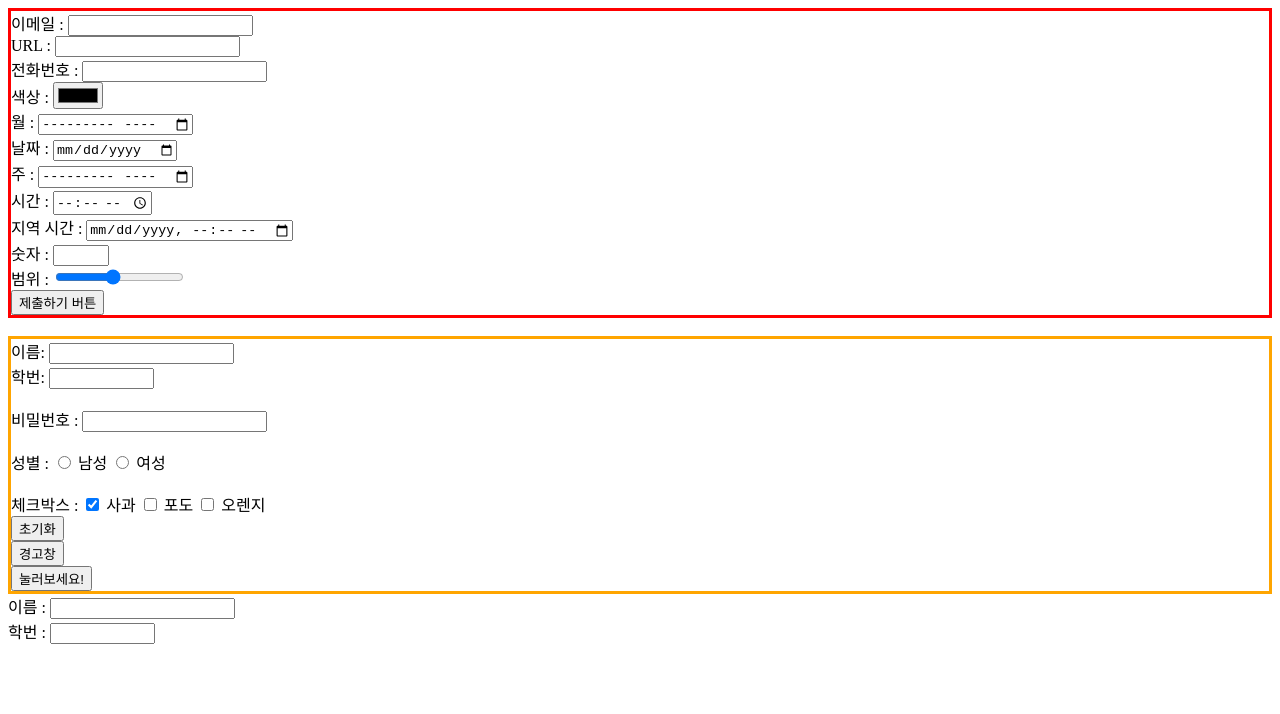
Repository: dhbaek2004/JSPex
Page: http://localhost/UX/InputForm.jsp
The author's editor kept a copy of each file at every save. The page is drawn from the files as they stood at one save, then again after the next save.
The browser window is 1280 px wide. The pictures show the whole page.
The page is served by Tomcat 9.

Above is the page before, as saved 2020-08-27 08:41:39.

### Infrearn/UX/UX/WebContent/InputForm.jsp
<%@ page language="java" contentType="text/html; charset=EUC-KR"
    pageEncoding="EUC-KR"%>
<!DOCTYPE html>
<html>
<head>
<meta charset="EUC-KR">
<title>Insert title here</title>
</head>
<body>
	<form action="input.jsp" method="post">
		<div style="border:3px solid red;">
			이메일 : <input type="email" name="email"> <br>
			URL : <input type="url" name="url"> <br>
			전화번호 : <input type="tel" name="tel"> <br>
			색상 : <input type="color" name="color"> <br>
			월 : <input type="month" name="month"> <br>
			날짜 : <input type="date" name="date"> <br>
			주 : <input type="month" name="week"> <br>
			시간 : <input type="time" name="time"> <br>
			지역 시간 : <input type="datetime-local" name="localdatetime"> <br>
			숫자 : <input type="number" name="number" min="1" max="10" step="2"> <br>
			범위 : <input type="range" name="range" min="1" max="10" step="2"> <br>

			<input type="submit" value="제출하기 버튼" name="button1">
		</div>

		<br>

		<div style="border:3px solid orange;">
			이름: <input type="text" name="name"> <br>
			학번: <input type="text" name="number" size="10"> <br>
			<br>
			비밀번호 : <input type="password" name="password"> <br>
			<br>
			성별 :
			<input type="radio" name="gender" value="male"> 남성
			<input type="radio" name="gender" value="female"> 여성 <br>
			<br>
			체크박스 :
			<input type="checkbox" name="fruits" value="apple" checked> 사과
			<input type="checkbox" name="fruits" value="grape" > 포도
			<input type="checkbox" name="fruits" value="orange" > 오렌지
			<br>
			<input type="reset" value="초기화">
			<br>
			<input type="button" value="경고창" onclick="alert('경고창을 클릭하였습니다.')">
			<br>
			<button type="button" onclick="alert('안녕하세요?')">눌러보세요!</button>
		</div>
	</form>

	<form>
		이름 : <input type="text" name="name"> <br>
		학번 : <input type="text" name="number" size="10">


	</form>


</body>
</html>

After the next save:
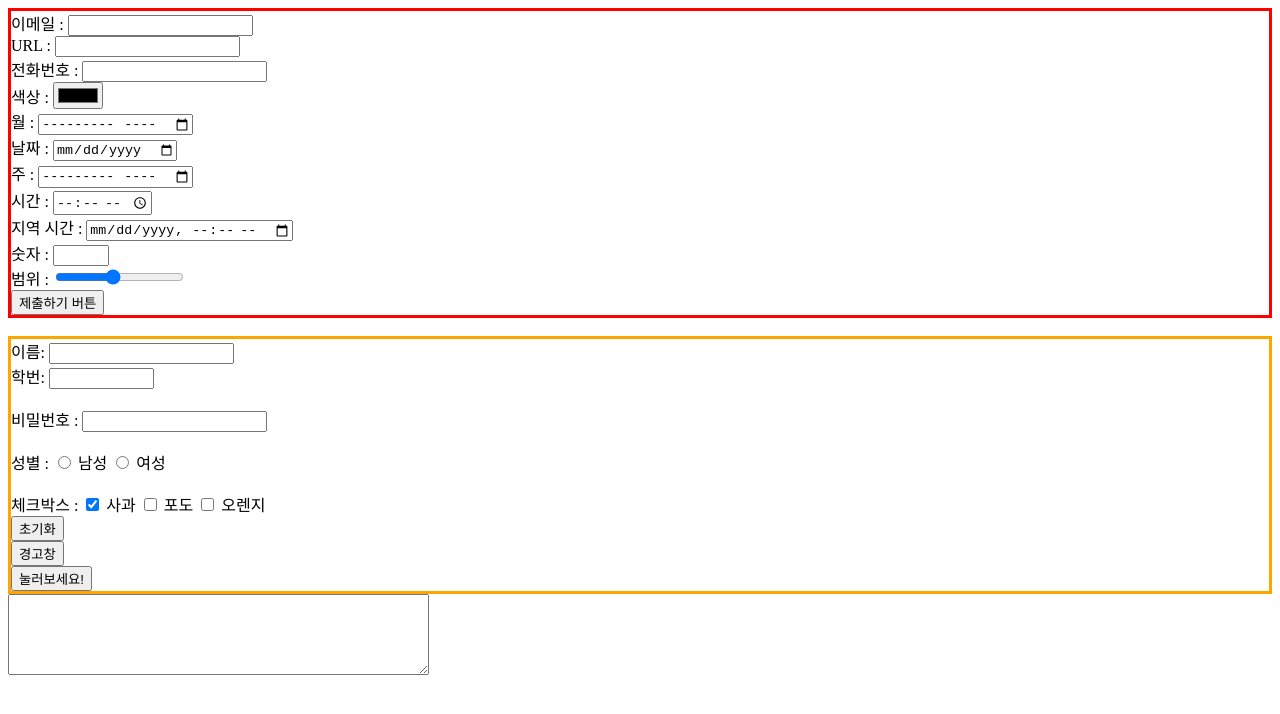
Saved 66 s later.
--- a/Infrearn/UX/UX/WebContent/InputForm.jsp
+++ b/Infrearn/UX/UX/WebContent/InputForm.jsp
@@ -49,10 +49,8 @@
 		</div>
 	</form>
 
-	<form>
-		이름 : <input type="text" name="name"> <br>
-		학번 : <input type="text" name="number" size="10">
-
+	<form name="input" action="getfeedback.jsp" method="get">
+		<textarea name="feedback" rows="5" cols="50"></textarea>
 
 	</form>
 
